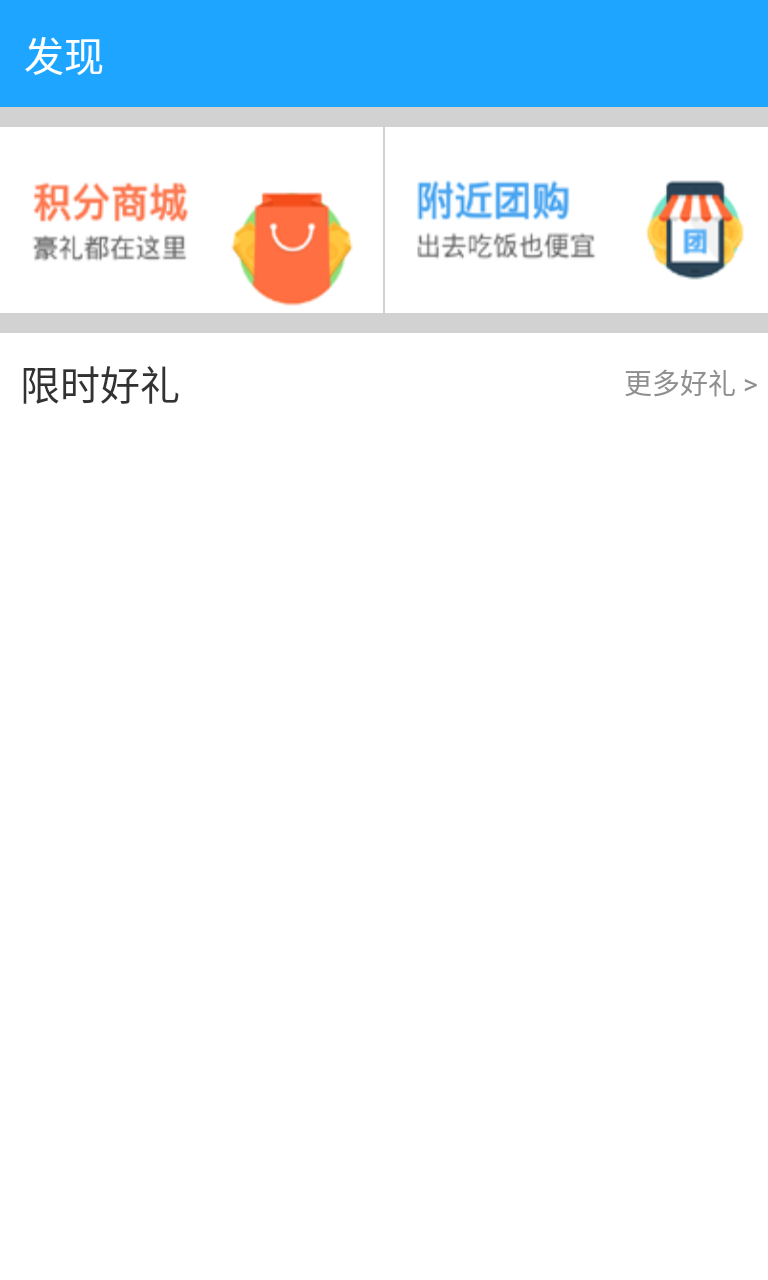
Repository: shi1hh/v
Layout: HungryTest/res/layout/fragment_faxian.xml
The author's editor kept a copy of each file at every save. The layout is drawn from the files as they stood at one save, then again after the next save.
It is drawn on a 768 x 1280 px phone screen (xhdpi) without system bars, with theme android:Theme.Light.NoTitleBar; the app's code is not run.

Above is the layout before, as saved 2015-10-25 03:40:21.

### HungryTest/res/layout/fragment_faxian.xml
<?xml version="1.0" encoding="utf-8"?>
<LinearLayout xmlns:android="http://schemas.android.com/apk/res/android"
    android:layout_width="match_parent"
    android:layout_height="match_parent"
    android:orientation="vertical" >

     <RelativeLayout
        android:layout_width="match_parent"
        android:layout_height="wrap_content"
        android:background="@color/blackground" >



        <TextView
      android:layout_width="wrap_content"
            android:layout_height="wrap_content"
            android:layout_alignParentLeft="true"
            android:layout_alignParentTop="true"
            android:layout_centerVertical="true"
            android:background="@color/blackground"
            android:gravity="center"
            style="@style/normal_text"
            android:text="@string/faxian_logo" />

        </RelativeLayout>
        <View
            android:layout_width="match_parent"
            android:layout_height="@dimen/divider_large"
            android:background="@color/divider"
            />
<LinearLayout
    android:layout_width="match_parent"
    android:layout_height="wrap_content"
    android:orientation="horizontal"
    >
        <Button
            android:id="@+id/button1"
                     android:layout_width="0dp"
            android:layout_weight="1"
            android:layout_height="wrap_content"
            android:background="@drawable/faxianjifen"/>
                <View
            android:layout_width="@dimen/divider_small"
    android:layout_height="match_parent"
            android:background="@color/divider"
            />
      <Button
            android:id="@+id/button2"
            android:layout_width="0dp"
            android:layout_height="wrap_content"
                        android:layout_weight="1"
                        android:background="@drawable/faxianfujingoumai" />
      </LinearLayout>
          <View
            android:layout_width="match_parent"
            android:layout_height="@dimen/divider_large"
            android:background="@color/divider"
            />
            <RelativeLayout
        android:layout_width="match_parent"
        android:layout_height="wrap_content" >

                <TextView
                    android:id="@+id/textView1"
                    android:layout_width="wrap_content"
                    android:layout_height="wrap_content"
                    android:layout_alignParentLeft="true"
                    android:layout_alignParentTop="true"
                    android:padding="10dp"
                    android:text="@string/faxian_xianshihaoli"
                    android:textSize="@dimen/faxian_timelimi" />

                <TextView
                    android:id="@+id/textView2"
                    android:layout_width="wrap_content"
                    android:layout_height="wrap_content"
                    android:layout_alignParentRight="true"
                    android:layout_centerVertical="true"
                    android:text="@string/faxian_gengduohaoli"
                    android:padding="@dimen/padding_faxian_gengduohaoli"
                    android:textColor="@color/text_gray_2" />

                   </RelativeLayout>

</LinearLayout>

### HungryTest/res/values/color.xml
<?xml version="1.0" encoding="utf-8"?>
<resources>
    <color name="sum">#ffffff</color>
    <color name="balance">#00FF7F</color>
    <color name="balance_text">#ffffff</color>
    <color name="lvlft_select">#ffffff</color>
    <color name="lvlft_black">#CFCFCF</color>
    <color name="white">#ffffff</color>
    <color name="navigation_bg">#F6F6F6</color>
      <color name="blackground">#1EA5FF</color>
      <color name="text_gray">#CCCCCC</color>
      <color name="waimai_divider">#EEEEEC</color>
      <color name="normal_text">#ffffff</color>
      <color name="blackground2">#eceeee</color>
      <color name="login_button">#60C04D</color>
      <color name="divider">#D2D2D2</color>
      <color name="text_gray_2">#8F8F8F</color>
</resources>

### HungryTest/res/values/styles.xml
<resources xmlns:android="http://schemas.android.com/apk/res/android">

    <!--
        Base application theme, dependent on API level. This theme is replaced
        by AppBaseTheme from res/values-vXX/styles.xml on newer devices.




    -->
    <style name="AppBaseTheme" parent="Theme.AppCompat.Light">
        <!--
            Theme customizations available in newer API levels can go in
            res/values-vXX/styles.xml, while customizations related to
            backward-compatibility can go here.




        -->
    </style>

    <!-- Application theme. -->
    <style name="AppTheme" parent="AppBaseTheme">
        <!-- All customizations that are NOT specific to a particular API-level can go here. -->
    </style>

    <style name="text">
        <item name="android:textSize">10sp</item>
        <item name="android:gravity">center_horizontal</item>
    </style>

    <style name="waimai_tb_text">
        <item name="android:textSize">13sp</item>
        <item name="android:gravity">center_horizontal</item>
    </style>

    <style name="waimai_money_text">
        <item name="android:textColor">#FF3030</item>
        <item name="android:textSize">20sp</item>
    </style>

    <style name="back">
        <item name="android:textColor">#ffffff</item>
        <item name="android:textSize">30sp</item>
        <item name="android:text">←</item>
    </style>

    <style name="waimai_store_name_textsize">
        <item name="android:textSize">20sp</item>
    </style>

    <style name="normal_text">
        <item name="android:textSize">20sp</item>
        <item name="android:textColor">#ffffff</item>
        <item name="android:padding">12dp</item>
    </style>

    <style name="login_">
        <item name="android:textSize">20sp</item>
        <item name="android:textColor">#ffffff</item>
        <item name="android:padding">10dp</item>
        <item name="android:gravity">center</item>
        <item name="android:text">登录</item>
    </style>

    <style name="forget_psw">
        <item name="android:textColor">#1EA5FF
</item>
        <item name="android:text">忘记密码?</item>
    </style>

    <style name="login_message">
        <item name="android:textColor">#1EA5FF
</item>
        <item name="android:text">短信验证码登录</item>
    </style>


</resources>

### HungryTest/res/values/strings.xml
<?xml version="1.0" encoding="utf-8"?>
<resources>

    <string name="app_name">HungryTest</string>
    <string name="hello_world">Hello world!</string>
    <string name="action_settings">Settings</string>
    <string name="navigation1">外卖</string>
 <string name="navigation2">订单</string>
  <string name="navigation3">发现</string>
   <string name="navigation4">我</string>
   <string name="waimai_tb1">便利店</string>
    <string name="waimai_tb2">品牌馆</string>
     <string name="waimai_tb3">水果</string>
      <string name="waimai_tb4">鲜花蛋糕</string>
       <string name="waimai_tb5">新店特惠</string>
        <string name="waimai_tb6">夜宵</string>
         <string name="waimai_tb7">预定早餐</string>
         <string name="dingdan_text1">订单</string>
         <string name="login_reg">注册</string>
         <string name="back">←</string>
         <string name="dingdan_dingdan">订单</string>
         <string name="dingdan_breakfast">早餐订单</string>
         <string name="login_psw_hint">登录密码</string>
         <string name="login_user_hint">手机/邮箱/用户名</string>
         <string name="login_login">登录</string>
         <string name="login_wx">微信</string>
         <string name="login_qq">QQ</string>
         <string name="login_xl">微博</string>
         <string name="faxian_logo">发现</string>
         <string name="faxian_xianshihaoli">限时好礼</string>
         <string name="faxian_gengduohaoli">更多好礼  ></string>

</resources>

### HungryTest/res/values/dimens.xml
<resources>

    <!-- Default screen margins, per the Android Design guidelines. -->
    <dimen name="activity_horizontal_margin">16dp</dimen>
    <dimen name="activity_vertical_margin">16dp</dimen>
<dimen name="login_usertop_margin">13dp</dimen>
<dimen  name="login_user_pendding">17dp</dimen>
<dimen name="divider_large">10dp</dimen>
<dimen name="divider_small">1dp</dimen>
<dimen name="faxian_timelimi">20sp</dimen>
<dimen name="padding_faxian_timelimi">10dp</dimen>
<dimen name="padding_faxian_gengduohaoli">5dp</dimen>
</resources>

After the next save:
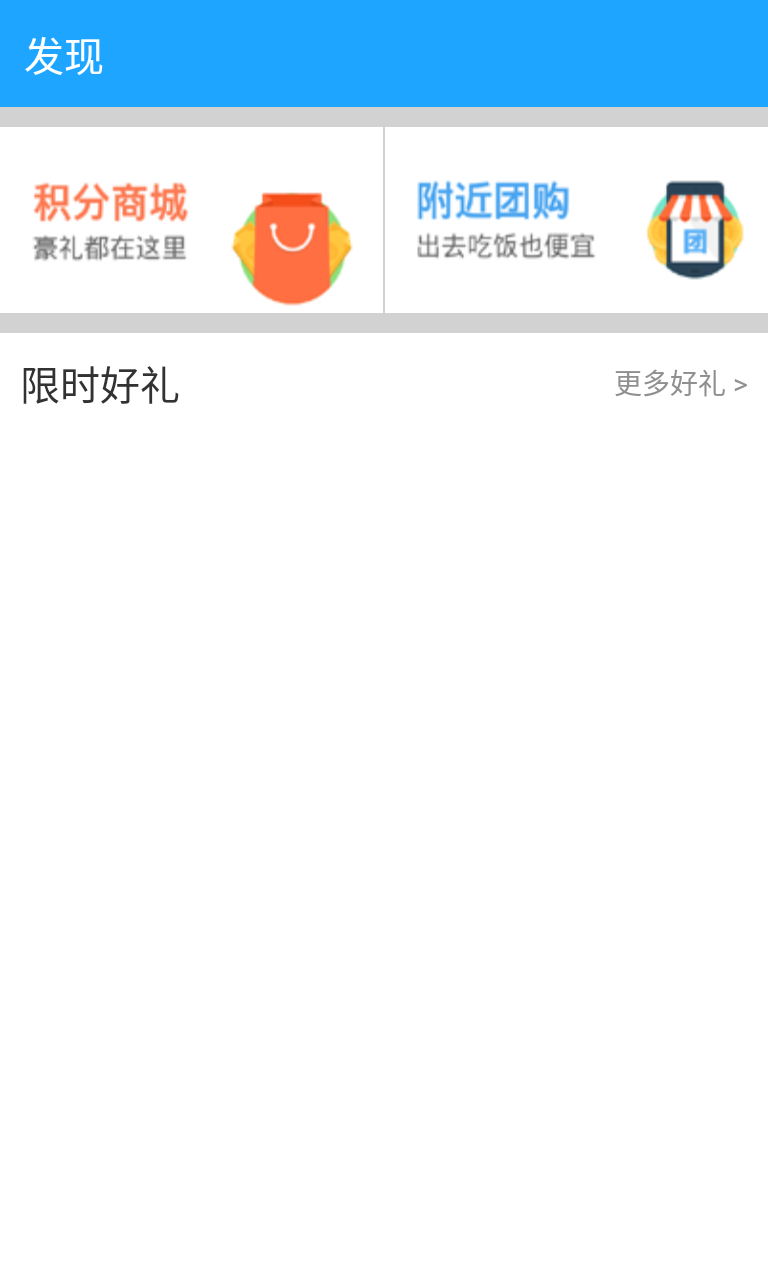
Saved 8 s later.
--- a/HungryTest/res/layout/fragment_faxian.xml
+++ b/HungryTest/res/layout/fragment_faxian.xml
@@ -78,6 +78,7 @@
                     android:layout_centerVertical="true"
                     android:text="@string/faxian_gengduohaoli"
                     android:padding="@dimen/padding_faxian_gengduohaoli"
+                    android:layout_marginRight="5dp"
                     android:textColor="@color/text_gray_2" />
 
                    </RelativeLayout>
